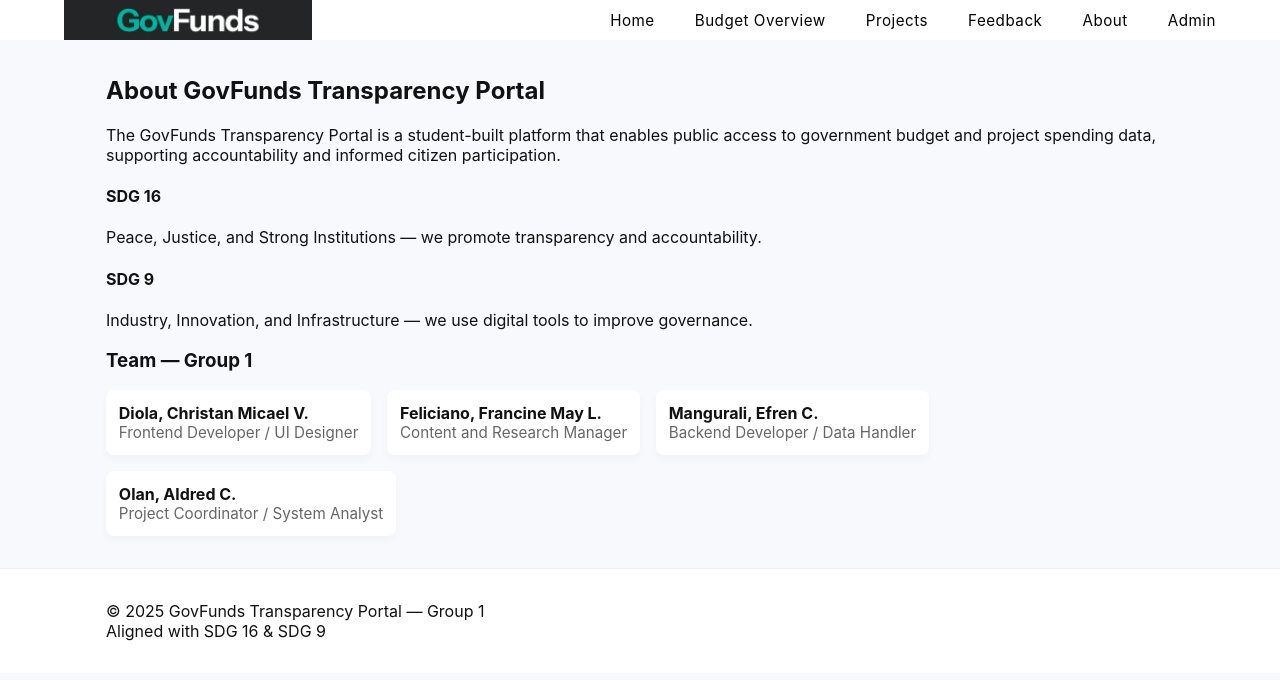
Repository: efren319/GovFunds
Page: http://localhost/about
An editor plug-in stored every save of this project. The page is shown before and after the next save, followed by the edit.
The browser window is 1280 px wide. The pictures show the whole page.
The page is served by the project's application, run on Flask 3 (app.py).

Above is the page before, as saved 2025-11-10 21:17:48.

After the next save:
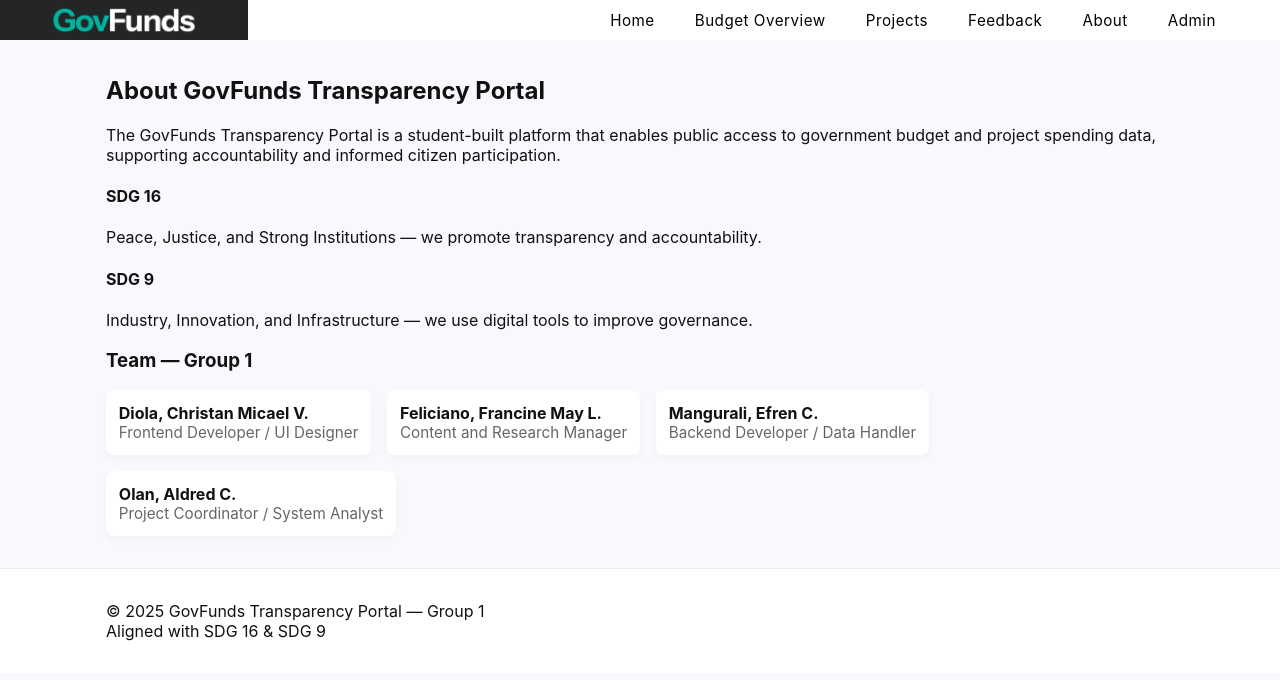
Saved 117 s later.
--- a/static/style.css
+++ b/static/style.css
@@ -61,7 +61,7 @@ body {
   text-decoration: none;
   display: flex;
   align-items: center;
-  padding: 0 64px;
+  padding: 0px;
   margin: 0;
 }
 
